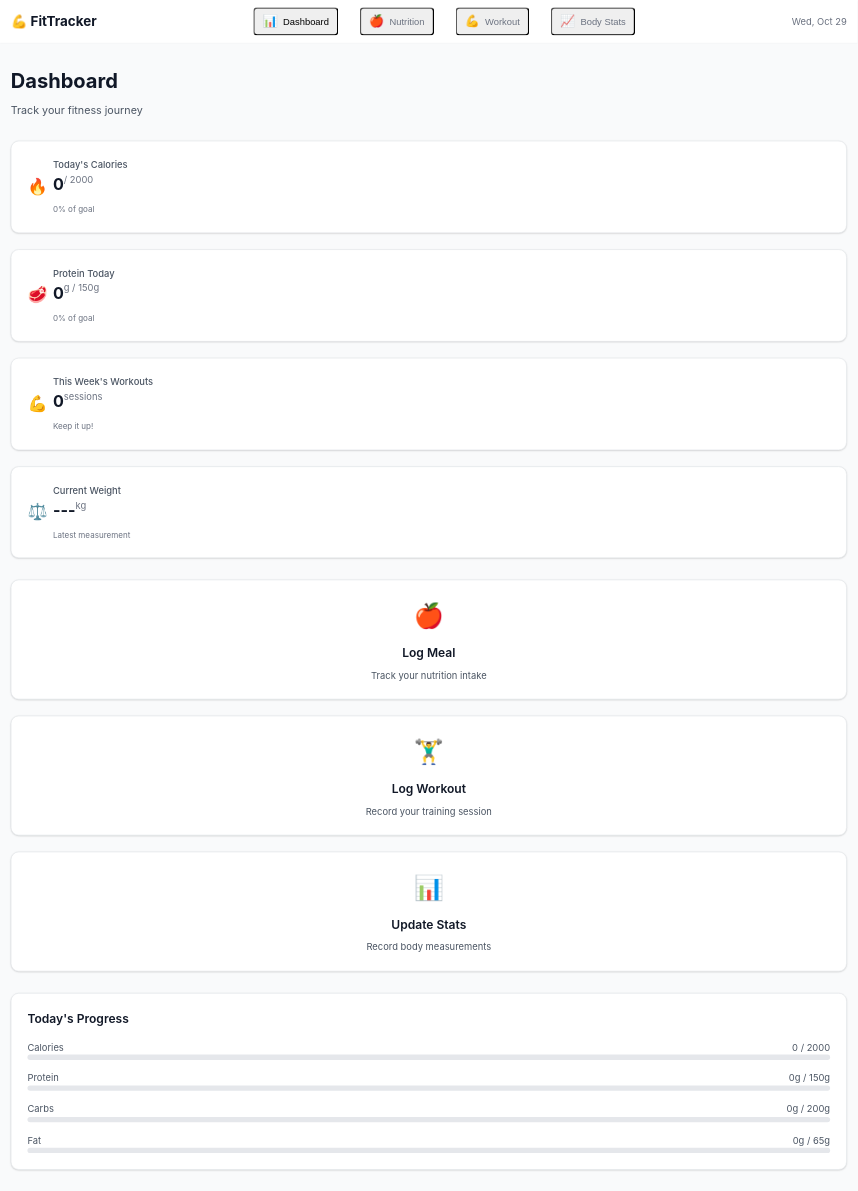
Repository: Apoorv888/Fitness-App
Page: /
An editor plug-in stored every save of this project. The page is shown before and after the next save, followed by the edit.
The browser window is 1280 px wide. The pictures show the whole page, at 67% of full size.
The project was rebuilt for these pictures with package versions that can differ from the ones it lists, and the page was loaded fresh each time. Also part of the build but not shown: vite.config.ts, src/components/MealForm.tsx, src/components/MealList.tsx, src/components/GoalsForm.tsx, src/components/NutritionCharts.tsx, src/pages/Nutrition.tsx, src/components/WorkoutForm.tsx, src/components/WorkoutList.tsx and 4 more.

Above is the page before, as saved 2025-10-31 09:54:53.

### index.html
<!doctype html>
<html lang="en">
  <head>
    <meta charset="UTF-8" />
    <link rel="icon" type="image/svg+xml" href="/vite.svg" />
    <meta name="viewport" content="width=device-width, initial-scale=1.0" />
    <title>fitness-app</title>
  </head>
  <body>
    <div id="root"></div>
    <script type="module" src="/src/main.tsx"></script>
  </body>
</html>

### src/main.tsx
import { StrictMode, useEffect } from 'react'
import { createRoot } from 'react-dom/client'
import './index.css'
import App from './App.tsx'
import { useMealStore } from './store/mealStore'
import { useWorkoutStore } from './store/workoutStore'
import { useBodyStatsStore } from './store/bodyStatsStore'
import { useGoalsStore } from './store/goalsStore'

function Boot() {
  const { loadMeals } = useMealStore();
  const { loadWorkouts } = useWorkoutStore();
  const { loadBodyStats } = useBodyStatsStore();
  const { loadGoals } = useGoalsStore();

  useEffect(() => {
    loadMeals();
    loadWorkouts();
    loadBodyStats();
    loadGoals();
  }, []);

  return <App />;
}

createRoot(document.getElementById('root')!).render(
  <StrictMode>
    <Boot />
  </StrictMode>,
)

### src/App.tsx
import { useState } from 'react';
import { Navbar } from './components/Navbar';
import { Dashboard } from './pages/Dashboard';
import { Nutrition } from './pages/Nutrition';
import { Workout } from './pages/Workout';
import { BodyStats } from './pages/BodyStats';
import './App.css';

function App() {
  const [activeTab, setActiveTab] = useState('dashboard');

  const renderActiveTab = () => {
    switch (activeTab) {
      case 'dashboard':
        return <Dashboard />;
      case 'nutrition':
        return <Nutrition />;
      case 'workout':
        return <Workout />;
      case 'stats':
        return <BodyStats />;
      default:
        return <Dashboard />;
    }
  };

  return (
    <div className="min-h-screen bg-gray-50">
      <Navbar activeTab={activeTab} onTabChange={setActiveTab} />
      <main>
        {renderActiveTab()}
      </main>
    </div>
  );
}

export default App;

### src/store/mealStore.ts
import { create } from 'zustand';
import { v4 as uuidv4 } from 'uuid';
import type { Meal } from '../types';
import { saveToStorage, loadFromStorage } from '../utils/helpers';
import { STORAGE_KEYS } from '../utils/constants';

interface MealStore {
  meals: Meal[];
  addMeal: (meal: Omit<Meal, 'id' | 'createdAt'>) => void;
  deleteMeal: (id: string) => void;
  updateMeal: (id: string, updates: Partial<Meal>) => void;
  getMealsByDate: (date: string) => Meal[];
  getTodayMacros: () => { calories: number; protein: number; carbs: number; fat: number };
  loadMeals: () => void;
}

export const useMealStore = create<MealStore>((set, get) => ({
  meals: [],

  addMeal: (mealData) => {
    const newMeal: Meal = {
      ...mealData,
      id: uuidv4(),
      createdAt: new Date(),
    };

    const updatedMeals = [...get().meals, newMeal];
    set({ meals: updatedMeals });
    saveToStorage(STORAGE_KEYS.MEALS, updatedMeals);
  },

  deleteMeal: (id) => {
    const updatedMeals = get().meals.filter(meal => meal.id !== id);
    set({ meals: updatedMeals });
    saveToStorage(STORAGE_KEYS.MEALS, updatedMeals);
  },

  updateMeal: (id, updates) => {
    const updatedMeals = get().meals.map(meal =>
      meal.id === id ? { ...meal, ...updates } : meal
    );
    set({ meals: updatedMeals });
    saveToStorage(STORAGE_KEYS.MEALS, updatedMeals);
  },

  getMealsByDate: (date) => {
    return get().meals.filter(meal => meal.date === date);
  },

  getTodayMacros: () => {
    const today = new Date().toISOString().split('T')[0];
    const todayMeals = get().getMealsByDate(today);

    return todayMeals.reduce(
      (totals, meal) => ({
        calories: totals.calories + meal.calories,
        protein: totals.protein + meal.protein,
        carbs: totals.carbs + meal.carbs,
        fat: totals.fat + meal.fat,
      }),
      { calories: 0, protein: 0, carbs: 0, fat: 0 }
    );
  },

  loadMeals: () => {
    const storedMeals = loadFromStorage(STORAGE_KEYS.MEALS);
    if (storedMeals) {
      set({ meals: storedMeals });
    }
  },
}));

### src/store/workoutStore.ts
import { create } from 'zustand';
import { v4 as uuidv4 } from 'uuid';
import type { Workout } from '../types';
import { saveToStorage, loadFromStorage } from '../utils/helpers';
import { STORAGE_KEYS } from '../utils/constants';

interface WorkoutStore {
  workouts: Workout[];
  addWorkout: (workout: Omit<Workout, 'id' | 'createdAt'>) => void;
  deleteWorkout: (id: string) => void;
  updateWorkout: (id: string, updates: Partial<Workout>) => void;
  getWorkoutsByDate: (date: string) => Workout[];
  getWorkoutsByWeek: (startDate: string) => Workout[];
  loadWorkouts: () => void;
}

export const useWorkoutStore = create<WorkoutStore>((set, get) => ({
  workouts: [],

  addWorkout: (workoutData) => {
    const newWorkout: Workout = {
      ...workoutData,
      id: uuidv4(),
      createdAt: new Date(),
    };

    const updatedWorkouts = [...get().workouts, newWorkout];
    set({ workouts: updatedWorkouts });
    saveToStorage(STORAGE_KEYS.WORKOUTS, updatedWorkouts);
  },

  deleteWorkout: (id) => {
    const updatedWorkouts = get().workouts.filter(workout => workout.id !== id);
    set({ workouts: updatedWorkouts });
    saveToStorage(STORAGE_KEYS.WORKOUTS, updatedWorkouts);
  },

  updateWorkout: (id, updates) => {
    const updatedWorkouts = get().workouts.map(workout =>
      workout.id === id ? { ...workout, ...updates } : workout
    );
    set({ workouts: updatedWorkouts });
    saveToStorage(STORAGE_KEYS.WORKOUTS, updatedWorkouts);
  },

  getWorkoutsByDate: (date) => {
    return get().workouts.filter(workout => workout.date === date);
  },

  getWorkoutsByWeek: (startDate) => {
    const start = new Date(startDate);
    const end = new Date(start);
    end.setDate(start.getDate() + 6);

    return get().workouts.filter(workout => {
      const workoutDate = new Date(workout.date);
      return workoutDate >= start && workoutDate <= end;
    });
  },

  loadWorkouts: () => {
    const storedWorkouts = loadFromStorage(STORAGE_KEYS.WORKOUTS);
    if (storedWorkouts) {
      set({ workouts: storedWorkouts });
    }
  },
}));

### src/store/bodyStatsStore.ts
import { create } from 'zustand';
import { v4 as uuidv4 } from 'uuid';
import type { BodyStat } from '../types';
import { saveToStorage, loadFromStorage } from '../utils/helpers';
import { STORAGE_KEYS } from '../utils/constants';

interface BodyStatsStore {
  bodyStats: BodyStat[];
  addBodyStat: (stat: Omit<BodyStat, 'id' | 'createdAt'>) => void;
  deleteBodyStat: (id: string) => void;
  updateBodyStat: (id: string, updates: Partial<BodyStat>) => void;
  getLatestWeight: () => number | undefined;
  getWeightTrend: () => 'up' | 'down' | 'stable';
  loadBodyStats: () => void;
}

export const useBodyStatsStore = create<BodyStatsStore>((set, get) => ({
  bodyStats: [],

  addBodyStat: (statData) => {
    const newStat: BodyStat = {
      ...statData,
      id: uuidv4(),
      createdAt: new Date(),
    };

    const updatedStats = [...get().bodyStats, newStat];
    set({ bodyStats: updatedStats });
    saveToStorage(STORAGE_KEYS.BODY_STATS, updatedStats);
  },

  deleteBodyStat: (id) => {
    const updatedStats = get().bodyStats.filter(stat => stat.id !== id);
    set({ bodyStats: updatedStats });
    saveToStorage(STORAGE_KEYS.BODY_STATS, updatedStats);
  },

  updateBodyStat: (id, updates) => {
    const updatedStats = get().bodyStats.map(stat =>
      stat.id === id ? { ...stat, ...updates } : stat
    );
    set({ bodyStats: updatedStats });
    saveToStorage(STORAGE_KEYS.BODY_STATS, updatedStats);
  },

  getLatestWeight: () => {
    const stats = get().bodyStats
      .filter(stat => stat.weight)
      .sort((a, b) => new Date(b.date).getTime() - new Date(a.date).getTime());

    return stats[0]?.weight;
  },

  getWeightTrend: () => {
    const stats = get().bodyStats
      .filter(stat => stat.weight)
      .sort((a, b) => new Date(b.date).getTime() - new Date(a.date).getTime())
      .slice(0, 2);

    if (stats.length < 2) return 'stable';

    const [latest, previous] = stats;
    const diff = latest.weight! - previous.weight!;

    if (Math.abs(diff) < 0.5) return 'stable';
    return diff > 0 ? 'up' : 'down';
  },

  loadBodyStats: () => {
    const storedStats = loadFromStorage(STORAGE_KEYS.BODY_STATS);
    if (storedStats) {
      set({ bodyStats: storedStats });
    }
  },
}));

### src/store/goalsStore.ts
import { create } from 'zustand';
import type { UserGoals } from '../types';
import { saveToStorage, loadFromStorage } from '../utils/helpers';
import { STORAGE_KEYS } from '../utils/constants';

interface UserGoalsStore {
  goals: UserGoals;
  updateGoals: (updates: Partial<UserGoals>) => void;
  loadGoals: () => void;
}

const defaultGoals: UserGoals = {
  dailyCalories: 2000,
  dailyProtein: 150,
  dailyCarbs: 200,
  dailyFat: 65,
  activityLevel: 1.375, // Lightly active
  goal: 'maintain',
};

export const useGoalsStore = create<UserGoalsStore>((set, get) => ({
  goals: defaultGoals,

  updateGoals: (updates) => {
    const updatedGoals = { ...get().goals, ...updates };
    set({ goals: updatedGoals });
    saveToStorage(STORAGE_KEYS.USER_GOALS, updatedGoals);
  },

  loadGoals: () => {
    const storedGoals = loadFromStorage(STORAGE_KEYS.USER_GOALS);
    if (storedGoals) {
      set({ goals: { ...defaultGoals, ...storedGoals } });
    }
  },
}));

### src/components/Navbar.tsx
import React from 'react';

interface NavbarProps {
  activeTab: string;
  onTabChange: (tab: string) => void;
}

const navItems = [
  { id: 'dashboard', label: 'Dashboard', icon: '📊' },
  { id: 'nutrition', label: 'Nutrition', icon: '🍎' },
  { id: 'workout', label: 'Workout', icon: '💪' },
  { id: 'stats', label: 'Body Stats', icon: '📈' },
];

export const Navbar: React.FC<NavbarProps> = ({ activeTab, onTabChange }) => {
  return (
    <nav className="bg-white shadow-sm border-b border-gray-200">
      <div className="max-w-7xl mx-auto px-4 sm:px-6 lg:px-8">
        <div className="flex justify-between h-16">
          <div className="flex items-center">
            <div className="flex-shrink-0">
              <h1 className="text-xl font-bold text-primary-600">
                💪 FitTracker
              </h1>
            </div>
          </div>

          <div className="flex items-center space-x-8">
            {navItems.map((item) => (
              <button
                key={item.id}
                onClick={() => onTabChange(item.id)}
                className={`flex items-center space-x-2 px-3 py-2 rounded-md text-sm font-medium transition-colors duration-200 ${
                  activeTab === item.id
                    ? 'bg-primary-50 text-primary-700 border-b-2 border-primary-600'
                    : 'text-gray-500 hover:text-gray-700 hover:bg-gray-50'
                }`}
              >
                <span className="text-lg">{item.icon}</span>
                <span>{item.label}</span>
              </button>
            ))}
          </div>

          <div className="flex items-center">
            <div className="text-sm text-gray-500">
              {new Date().toLocaleDateString('en-US', {
                weekday: 'short',
                month: 'short',
                day: 'numeric'
              })}
            </div>
          </div>
        </div>
      </div>
    </nav>
  );
};

### src/pages/Dashboard.tsx
import React, { useEffect } from 'react';
import { StatCard } from '../components/StatCard';
import { useMealStore } from '../store/mealStore';
import { useWorkoutStore } from '../store/workoutStore';
import { useBodyStatsStore } from '../store/bodyStatsStore';
import { useGoalsStore } from '../store/goalsStore';
import { getWeekDays } from '../utils/helpers';

export const Dashboard: React.FC = () => {
  const { getTodayMacros, loadMeals } = useMealStore();
  const { workouts, loadWorkouts } = useWorkoutStore();
  const { getLatestWeight, getWeightTrend, loadBodyStats } = useBodyStatsStore();
  const { goals, loadGoals } = useGoalsStore();

  useEffect(() => {
    loadMeals();
    loadWorkouts();
    loadBodyStats();
    loadGoals();
  }, [loadMeals, loadWorkouts, loadBodyStats, loadGoals]);

  const todayMacros = getTodayMacros();
  const currentWeight = getLatestWeight();
  const weightTrend = getWeightTrend();

  // Calculate this week's workouts
  const today = new Date();
  const weekDays = getWeekDays(today);
  const weekWorkouts = workouts.filter(workout => {
    const workoutDate = new Date(workout.date);
    return workoutDate >= weekDays[0] && workoutDate <= weekDays[6];
  }).length;

  const calorieProgress = Math.round((todayMacros.calories / goals.dailyCalories) * 100);
  const proteinProgress = Math.round((todayMacros.protein / goals.dailyProtein) * 100);

  return (
    <div className="max-w-7xl mx-auto px-4 sm:px-6 lg:px-8 py-8">
      <div className="mb-8">
        <h1 className="text-3xl font-bold text-gray-900">Dashboard</h1>
        <p className="text-gray-600 mt-2">Track your fitness journey</p>
      </div>

      {/* Quick Stats Grid */}
      <div className="grid grid-cols-1 md:grid-cols-2 lg:grid-cols-4 gap-6 mb-8">
        <StatCard
          title="Today's Calories"
          value={todayMacros.calories}
          unit={`/ ${goals.dailyCalories}`}
          icon="🔥"
          subtitle={`${calorieProgress}% of goal`}
          color="orange"
        />

        <StatCard
          title="Protein Today"
          value={todayMacros.protein}
          unit={`g / ${goals.dailyProtein}g`}
          icon="🥩"
          subtitle={`${proteinProgress}% of goal`}
          color="green"
        />

        <StatCard
          title="This Week's Workouts"
          value={weekWorkouts}
          unit="sessions"
          icon="💪"
          subtitle="Keep it up!"
          color="purple"
        />

        <StatCard
          title="Current Weight"
          value={currentWeight || '---'}
          unit="kg"
          icon="⚖️"
          trend={currentWeight ? weightTrend : undefined}
          subtitle="Latest measurement"
          color="blue"
        />
      </div>

      {/* Quick Actions */}
      <div className="grid grid-cols-1 md:grid-cols-3 gap-6 mb-8">
        <div className="card hover:shadow-md transition-shadow cursor-pointer">
          <div className="text-center">
            <div className="text-4xl mb-3">🍎</div>
            <h3 className="text-lg font-semibold text-gray-900 mb-2">Log Meal</h3>
            <p className="text-gray-600 text-sm">Track your nutrition intake</p>
          </div>
        </div>

        <div className="card hover:shadow-md transition-shadow cursor-pointer">
          <div className="text-center">
            <div className="text-4xl mb-3">🏋️‍♂️</div>
            <h3 className="text-lg font-semibold text-gray-900 mb-2">Log Workout</h3>
            <p className="text-gray-600 text-sm">Record your training session</p>
          </div>
        </div>

        <div className="card hover:shadow-md transition-shadow cursor-pointer">
          <div className="text-center">
            <div className="text-4xl mb-3">📊</div>
            <h3 className="text-lg font-semibold text-gray-900 mb-2">Update Stats</h3>
            <p className="text-gray-600 text-sm">Record body measurements</p>
          </div>
        </div>
      </div>

      {/* Progress Summary */}
      <div className="card">
        <h3 className="text-lg font-semibold text-gray-900 mb-4">Today's Progress</h3>

        <div className="space-y-4">
          {/* Calories Progress Bar */}
          <div>
            <div className="flex justify-between text-sm text-gray-600 mb-1">
              <span>Calories</span>
              <span>{todayMacros.calories} / {goals.dailyCalories}</span>
            </div>
            <div className="w-full bg-gray-200 rounded-full h-2">
              <div
                className="bg-orange-500 h-2 rounded-full transition-all duration-300"
                style={{ width: `${Math.min(calorieProgress, 100)}%` }}
              ></div>
            </div>
          </div>

          {/* Protein Progress Bar */}
          <div>
            <div className="flex justify-between text-sm text-gray-600 mb-1">
              <span>Protein</span>
              <span>{todayMacros.protein}g / {goals.dailyProtein}g</span>
            </div>
            <div className="w-full bg-gray-200 rounded-full h-2">
              <div
                className="bg-green-500 h-2 rounded-full transition-all duration-300"
                style={{ width: `${Math.min(proteinProgress, 100)}%` }}
              ></div>
            </div>
          </div>

          {/* Carbs Progress Bar */}
          <div>
            <div className="flex justify-between text-sm text-gray-600 mb-1">
              <span>Carbs</span>
              <span>{todayMacros.carbs}g / {goals.dailyCarbs}g</span>
            </div>
            <div className="w-full bg-gray-200 rounded-full h-2">
              <div
                className="bg-blue-500 h-2 rounded-full transition-all duration-300"
                style={{ width: `${Math.min((todayMacros.carbs / goals.dailyCarbs) * 100, 100)}%` }}
              ></div>
            </div>
          </div>

          {/* Fat Progress Bar */}
          <div>
            <div className="flex justify-between text-sm text-gray-600 mb-1">
              <span>Fat</span>
              <span>{todayMacros.fat}g / {goals.dailyFat}g</span>
            </div>
            <div className="w-full bg-gray-200 rounded-full h-2">
              <div
                className="bg-purple-500 h-2 rounded-full transition-all duration-300"
                style={{ width: `${Math.min((todayMacros.fat / goals.dailyFat) * 100, 100)}%` }}
              ></div>
            </div>
          </div>
        </div>
      </div>
    </div>
  );
};

### src/utils/helpers.ts
// Date utilities
import { format, startOfWeek, endOfWeek, eachDayOfInterval, isToday } from 'date-fns';

export const formatDate = (date: Date) => format(date, 'yyyy-MM-dd');
export const formatDisplayDate = (date: Date) => format(date, 'MMM dd, yyyy');
export const formatTime = (date: Date) => format(date, 'HH:mm');

export const getWeekDays = (date: Date) => {
  const start = startOfWeek(date, { weekStartsOn: 1 }); // Monday
  const end = endOfWeek(date, { weekStartsOn: 1 });
  return eachDayOfInterval({ start, end });
};

export const isTodayDate = (date: Date) => isToday(date);

// Calculate BMI
export const calculateBMI = (weight: number, height: number) => {
  return (weight / (height * height)) * 10000; // height in cm
};

// Calculate calories needed for goal
export const calculateCalorieGoal = (
  weight: number,
  height: number,
  age: number,
  gender: 'male' | 'female',
  activityLevel: number,
  goal: 'lose' | 'maintain' | 'gain'
) => {
  // Mifflin-St Jeor Equation
  let bmr;
  if (gender === 'male') {
    bmr = 10 * weight + 6.25 * height - 5 * age + 5;
  } else {
    bmr = 10 * weight + 6.25 * height - 5 * age - 161;
  }

  const tdee = bmr * activityLevel;

  switch (goal) {
    case 'lose':
      return Math.round(tdee - 500); // 1 lb per week
    case 'gain':
      return Math.round(tdee + 500); // 1 lb per week
    default:
      return Math.round(tdee);
  }
};

// Format numbers
export const formatNumber = (num: number, decimals: number = 1) => {
  return Number(num.toFixed(decimals));
};

// Local storage helpers
export const saveToStorage = (key: string, data: any) => {
  localStorage.setItem(key, JSON.stringify(data));
};

export const loadFromStorage = (key: string) => {
  const stored = localStorage.getItem(key);
  return stored ? JSON.parse(stored) : null;
};

### src/utils/constants.ts
// App constants
export const STORAGE_KEYS = {
  MEALS: 'fitness-app-meals',
  WORKOUTS: 'fitness-app-workouts',
  BODY_STATS: 'fitness-app-body-stats',
  USER_GOALS: 'fitness-app-user-goals',
} as const;

export const ACTIVITY_LEVELS = {
  SEDENTARY: 1.2,
  LIGHTLY_ACTIVE: 1.375,
  MODERATELY_ACTIVE: 1.55,
  VERY_ACTIVE: 1.725,
  EXTREMELY_ACTIVE: 1.9,
} as const;

export const WORKOUT_TYPES = [
  'Push',
  'Pull',
  'Legs',
  'Upper',
  'Lower',
  'Full Body',
  'Cardio',
  'Rest',
] as const;

export const MEAL_TYPES = [
  'Breakfast',
  'Lunch',
  'Dinner',
  'Snack',
] as const;

export const DEFAULT_MACRO_RATIOS = {
  protein: 0.3,
  carbs: 0.4,
  fat: 0.3,
} as const;

export const BODY_MEASUREMENT_TYPES = [
  'weight',
  'bodyFat',
  'muscle',
  'waist',
  'chest',
  'arms',
  'thighs',
] as const;

export type WorkoutType = typeof WORKOUT_TYPES[number];
export type MealType = typeof MEAL_TYPES[number];
export type BodyMeasurementType = typeof BODY_MEASUREMENT_TYPES[number];

### src/components/StatCard.tsx
import React from 'react';

interface StatCardProps {
  title: string;
  value: string | number;
  unit?: string;
  icon: string;
  trend?: 'up' | 'down' | 'stable';
  subtitle?: string;
  color?: 'blue' | 'green' | 'orange' | 'purple';
}

export const StatCard: React.FC<StatCardProps> = ({
  title,
  value,
  unit,
  icon,
  trend,
  subtitle,
  color = 'blue'
}) => {
  const trendIcons = {
    up: '↗️',
    down: '↘️',
    stable: '➡️',
  };

  return (
    <div className="card hover:shadow-md transition-shadow">
      <div className="flex items-center justify-between">
        <div className="flex items-center space-x-2">
          <div className="text-2xl">{icon}</div>
          <div>
            <h3 className="text-sm font-medium text-gray-600">{title}</h3>
            <div className="flex items-baseline space-x-1">
              <span className="text-2xl font-bold text-gray-900">{value}</span>
              {unit && <span className="text-sm text-gray-500">{unit}</span>}
            </div>
            {subtitle && (
              <p className="text-xs text-gray-500 mt-2">{subtitle}</p>
            )}
          </div>
        </div>

        {trend && (
          <div className="text-lg">
            {trendIcons[trend]}
          </div>
        )}
      </div>
    </div>
  );
};

Loaded but not shown: src/index.css (259 lines, source omitted); src/components/WorkoutHeatmap.tsx (93 lines, source omitted)

After the next save:
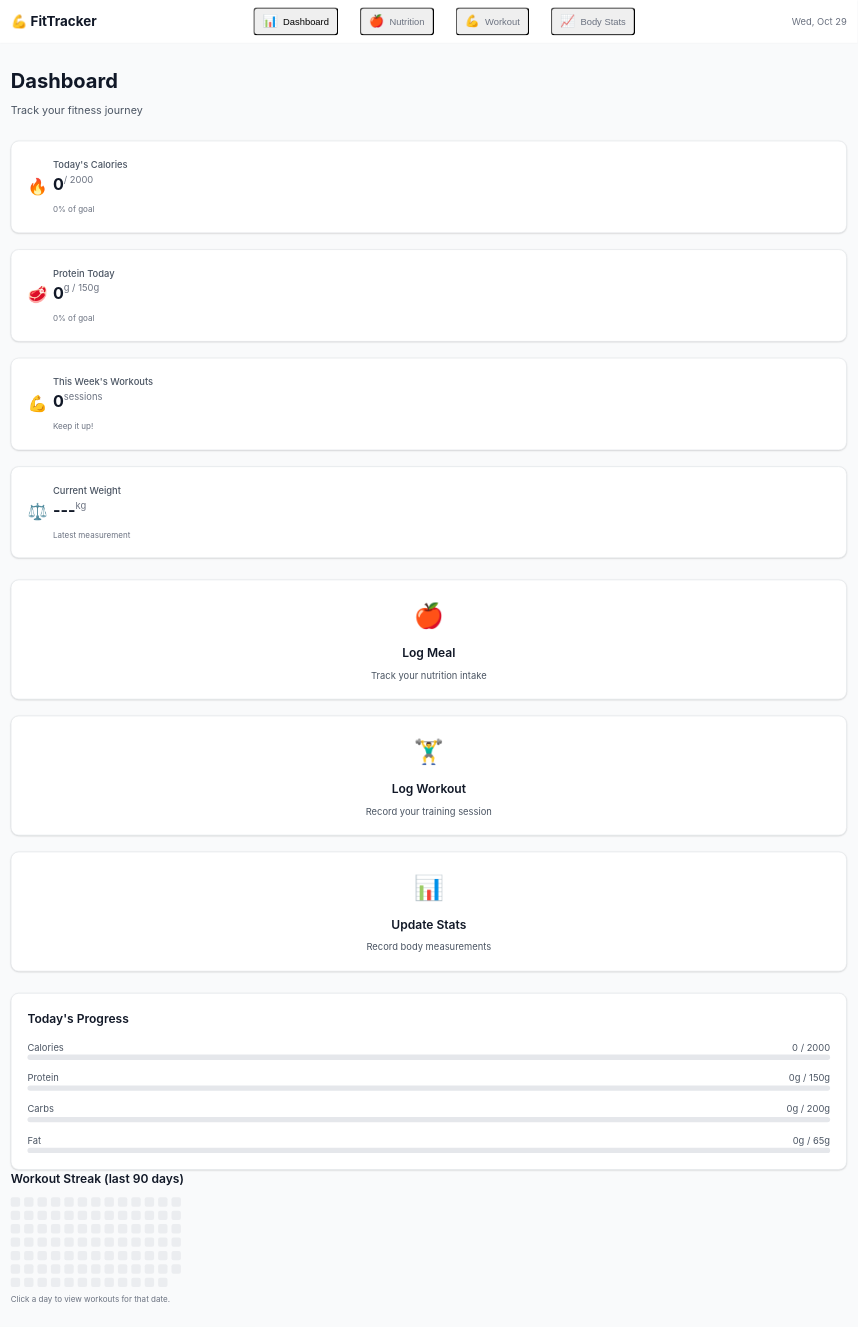
Saved 7 s later.
--- a/src/pages/Dashboard.tsx
+++ b/src/pages/Dashboard.tsx
@@ -5,6 +5,7 @@ import { useWorkoutStore } from '../store/workoutStore';
 import { useBodyStatsStore } from '../store/bodyStatsStore';
 import { useGoalsStore } from '../store/goalsStore';
 import { getWeekDays } from '../utils/helpers';
+import { WorkoutHeatmap } from '../components/WorkoutHeatmap';
 
 export const Dashboard: React.FC = () => {
   const { getTodayMacros, loadMeals } = useMealStore();
@@ -170,6 +171,10 @@ export const Dashboard: React.FC = () => {
           </div>
         </div>
       </div>
+
+      <div className="mt-6">
+        <WorkoutHeatmap days={90} />
+      </div>
     </div>
   );
 };
